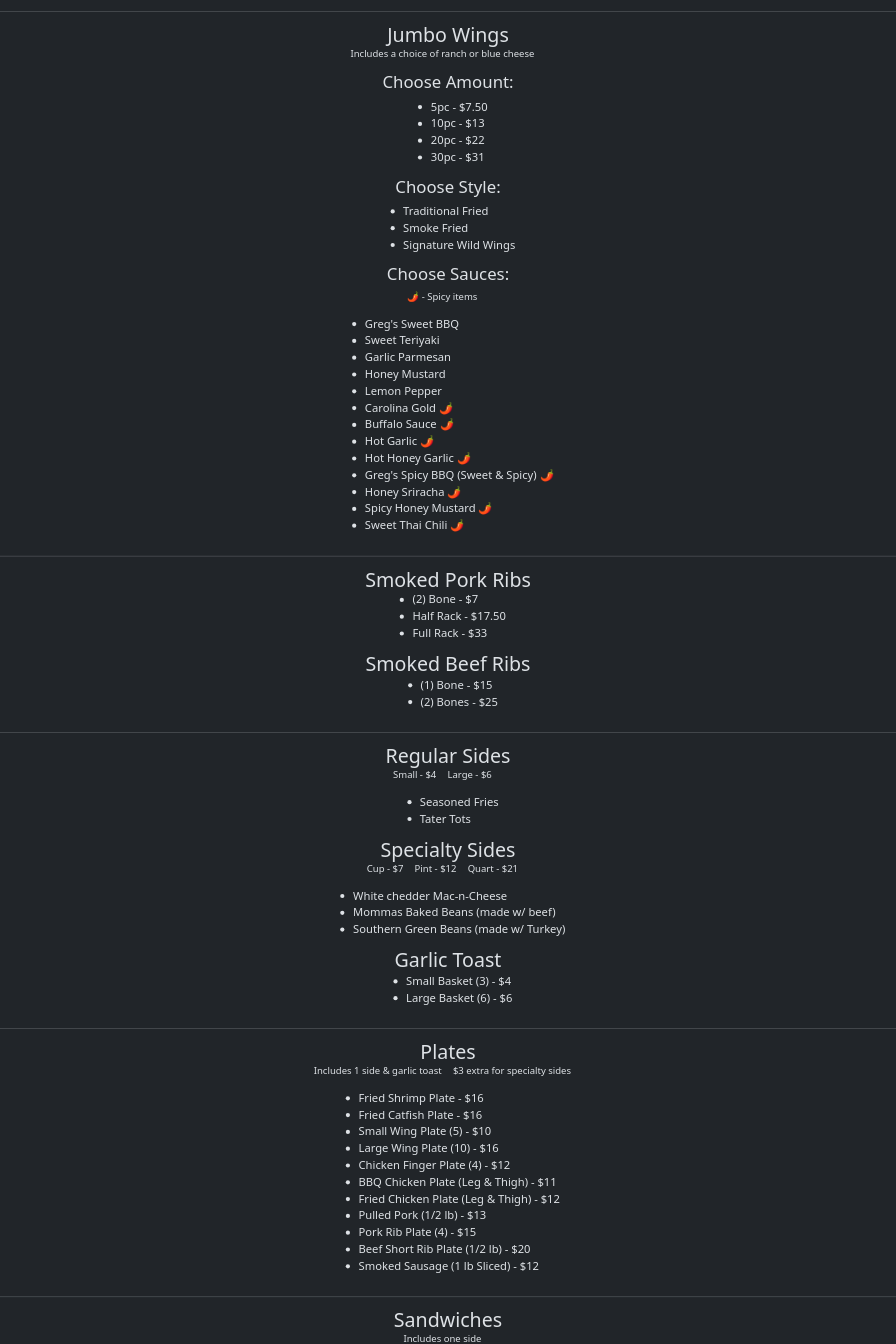
Repository: dukedward/smokehousemenu
Page: plates/index.html
An editor plug-in stored every save of this project. The page is shown before and after the next save, followed by the edit.
The browser window is 1280 px wide. The pictures show the part of the page from y = 0 to 1920 px (the page is 2568 px tall), at 70% of full size.
Some web libraries are served in a nearby version.

Above is the page before, as saved 2023-03-06 12:06:19.

### plates/index.html
<!DOCTYPE html>
<html lang="en" data-bs-theme="dark">
<head>
    <meta charset="UTF-8">
    <meta http-equiv="X-UA-Compatible" content="IE=edge">
    <meta name="viewport" content="width=device-width, initial-scale=1.0">
    <link rel="stylesheet" href="https://cdnjs.cloudflare.com/ajax/libs/font-awesome/6.3.0/css/all.min.css" integrity="sha512-SzlrxWUlpfuzQ+pcUCosxcglQRNAq/DZjVsC0lE40xsADsfeQoEypE+enwcOiGjk/bSuGGKHEyjSoQ1zVisanQ==" crossorigin="anonymous" referrerpolicy="no-referrer" />
    <link href="https://cdn.jsdelivr.net/npm/bootstrap@5.3.0-alpha1/dist/css/bootstrap.min.css" rel="stylesheet" integrity="sha384-GLhlTQ8iRABdZLl6O3oVMWSktQOp6b7In1Zl3/Jr59b6EGGoI1aFkw7cmDA6j6gD" crossorigin="anonymous">
    <link rel="stylesheet" href="../style.css" />
    <link rel="shortcut icon" href="../images/favicon.ico" type="image/x-icon">
    <title>Small Plates</title>
</head>
<body>
    <div class="title">
        <a href="/">
            <i class="fa-solid fa-house mt-2 mb-2"></i>
        </a>
        <h1>Small Plates</h1>
        <h4>Monday-Sunday</h4>
        <p>(Place orders between 10am-5pm)</p>
    </div>
    <hr>
    <div class="sections">
        <div class="sect">
            <h3>Jumbo Wings</h3>
            <div class="desc">
                <p>Includes a choice of ranch or blue cheese</p>
            </div>
            <div class="sub-sect">
                <h4>Choose Amount:</h4>
                <ul>
                    <li>5pc - $7.50</li>
                    <li>10pc - $13</li>
                    <li>20pc - $22</li>
                    <li>30pc - $31</li>
                </ul>
            </div>
            <div class="sub-sect">
                <h4>Choose Style:</h4>
                <ul>
                    <li>Traditional Fried</li>
                    <li>Smoke Fried</li>
                    <li>Signature Wild Wings</li>
                </ul>
            </div>
            <div class="sub-sect">
                <h4>Choose Sauces:</h4>
                <div class="desc">
                    <p>🌶️ - Spicy items</p>
                </div>
                <ul>
                    <li>Greg's Sweet BBQ</li>
                    <li>Sweet Teriyaki</li>
                    <li>Garlic Parmesan</li>
                    <li>Honey Mustard</li>
                    <li>Lemon Pepper</li>
                    <li>Carolina Gold 🌶️</li>
                    <li>Buffalo Sauce 🌶️</li>
                    <li>Hot Garlic 🌶️</li>
                    <li>Hot Honey Garlic 🌶️</li>
                    <li>Greg's Spicy BBQ (Sweet & Spicy) 🌶️</li>
                    <li>Honey Sriracha 🌶️</li>
                    <li>Spicy Honey Mustard 🌶️</li>
                    <li>Sweet Thai Chili 🌶️</li>
                </ul>
            </div>
        </div>
        <hr>
        <div class="sect">
            <h3>Smoked Pork Ribs</h3>
            <ul>
                <li>(2) Bone - $7</li>
                <li>Half Rack - $17.50</li>
                <li>Full Rack - $33</li>
            </ul>
            <h3>Smoked Beef Ribs</h3>
            <ul>
                <li>(1) Bone - $15</li>
                <li>(2) Bones - $25</li>
            </ul>
        </div>
        <hr>
        <div class="sect">
            <h3>Regular Sides</h3>
            <div class="desc">
                <p>Small - $4</p>
                <p>Large - $6</p>
            </div>
            <ul>
                <li>Seasoned Fries</li>
                <li>Tater Tots</li>
            </ul>
            <h3>Specialty Sides</h3>
            <div class="desc">
                <p>Cup - $7</p>
                <p>Pint - $12</p>
                <p>Quart - $21</p>
            </div>
            <ul>
                <li>White chedder Mac-n-Cheese</li>
                <li>Mommas Baked Beans (made w/ beef)</li>
                <li>Southern Green Beans (made w/ Turkey)</li>
            </ul>
            <h3>Garlic Toast</h3>
            <ul>
                <li>Small Basket (3) - $4</li>
                <li>Large Basket (6) - $6</li>
            </ul>
        </div>
        <hr>
        <div class="sect">
            <h3>Plates</h3>
            <div class="desc">
                <p>Includes 1 side & garlic toast</p>
                <p>$3 extra for specialty sides</p>
            </div>
            <ul>
                <li>Fried Shrimp Plate - $16</li>
                <li>Fried Catfish Plate - $16</li>
                <li>Small Wing Plate (5) - $10</li>
                <li>Large Wing Plate (10) - $16</li>
                <li>Chicken Finger Plate (4) - $12</li>
                <li>BBQ Chicken Plate (Leg & Thigh) - $11</li>
                <li>Fried Chicken Plate (Leg & Thigh) - $12</li>
                <li>Pulled Pork (1/2 lb) - $13</li>
                <li>Pork Rib Plate (4) - $15</li>
                <li>Beef Short Rib Plate (1/2 lb) - $20</li>
                <li>Smoked Sausage (1 lb Sliced) - $12</li>
            </ul>
        </div>
        <hr>
        <div class="sect">
            <h3>Sandwiches</h3>
            <div class="desc">
                <p>Includes one side</p>
            </div>
            <ul>
                <li>Chicken Sandwich - $13</li>
                <li>Short Rib Sandwich - $18</li>
                <li>Sausage & Peppers Pork - $15</li>
                <li>Cheese Burger - $11</li>
            </ul>
            <h3>Sliders</h3>
            <div class="desc">
                <p>Includes one side and sauce of choice</p>
            </div>
            <ul>
                <li>Chicken Sliders - $12</li>
                <li>Pulled Pork Sliders - $14</li>
                <li>Beef Short Rib Sliders - $16</li>
                <li>Mix-n-Match Sliders - $15</li>
            </ul>
        </div>
        <hr>
        <div class="sect">
            <h3>Add Ons</h3>
            <ul>
                <li>Side Shrimp (1/4 lb) - $7</li>
                <li>Catfish (1) - $7</li>
                <li>Chicken Finger (1) - $3</li>
                <li>Pork Sausage (1) - $7</li>
            </ul>
        </div>
    </div>
    <script src="https://cdn.jsdelivr.net/npm/bootstrap@5.3.0-alpha1/dist/js/bootstrap.bundle.min.js" integrity="sha384-w76AqPfDkMBDXo30jS1Sgez6pr3x5MlQ1ZAGC+nuZB+EYdgRZgiwxhTBTkF7CXvN" crossorigin="anonymous"></script>
    <script src="../script.js"></script>
</body>
</html>

### style.css
.container {
    height: 100vh;
}

.title {
	display: flex;
	flex-direction: column;
	justify-content: center;
	align-items: center;
}

.sections {
	display: grid;
}

.sect, .sub-sect {
	display: flex;
	flex-direction: column;
	justify-content: left;
	align-items: center;
}

.sect h2,h3 {
    margin-bottom: 0;
}

.desc {
    display: flex;
    flex-direction: row;
    justify-content: space-between;
}

.desc p,.title p {
    padding-right: 1rem;
    font-size: .85rem;
}

### script.js
// Collecting DOM Elements
const title = document.querySelector('.title');
const sections = document.querySelector('.sections');
// const x = document.querySelector('');
// const x = document.querySelector('');
// const x = document.querySelector('');
// const x = document.querySelector('');
// const x = document.querySelector('');
// const x = document.querySelector('');

// API Data
const categories = [
    {
        name: 'Jumbo Wings',
        description: [
            {
                text: 'Includes a choice of ranch or blue cheese',
            },
        ],
    },
];
const products = [
    {
        name: 'Greg\'s Spicy BBQ (Sweet & Spicy) 🌶️',
        image: '',
        price: 0,
        category: '640533ab345c72c36a197c35'
    },
];
const subCategories = [
    {
        name: 'Choose Sauces',
        description: [
            {
                text: '🌶️ - Spicy Items',
            },
        ],
        category: {
            _id: '640533ab345c72c36a197c35',
        },
    },
];

document.body.onload = addElement;

function addElement() {
    // create a new div element
    const newDiv = document.createElement("div");
    newDiv.className = 'sect'

    // and give it some content
    const lineBreak = document.createElement("hr")

    const newTitle = document.createElement("h3");
    newTitle.innerHTML = categories[0].name

    const newDesc = document.createElement("div");
    newDesc.className = 'desc'
    const newText = document.createElement('p')
    newText.innerHTML = categories[0].description[0].text
    newDesc.appendChild(newText)

    // add the text node to the newly created div
    newDiv.appendChild(lineBreak)
    newDiv.appendChild(newTitle);
    newDiv.appendChild(newDesc);

    // add the newly created element and its content into the DOM
    const currentDiv = document.querySelector(".sections");
    document.body.insertAdjacentElement("afterend" ,title)
}

After the next save:
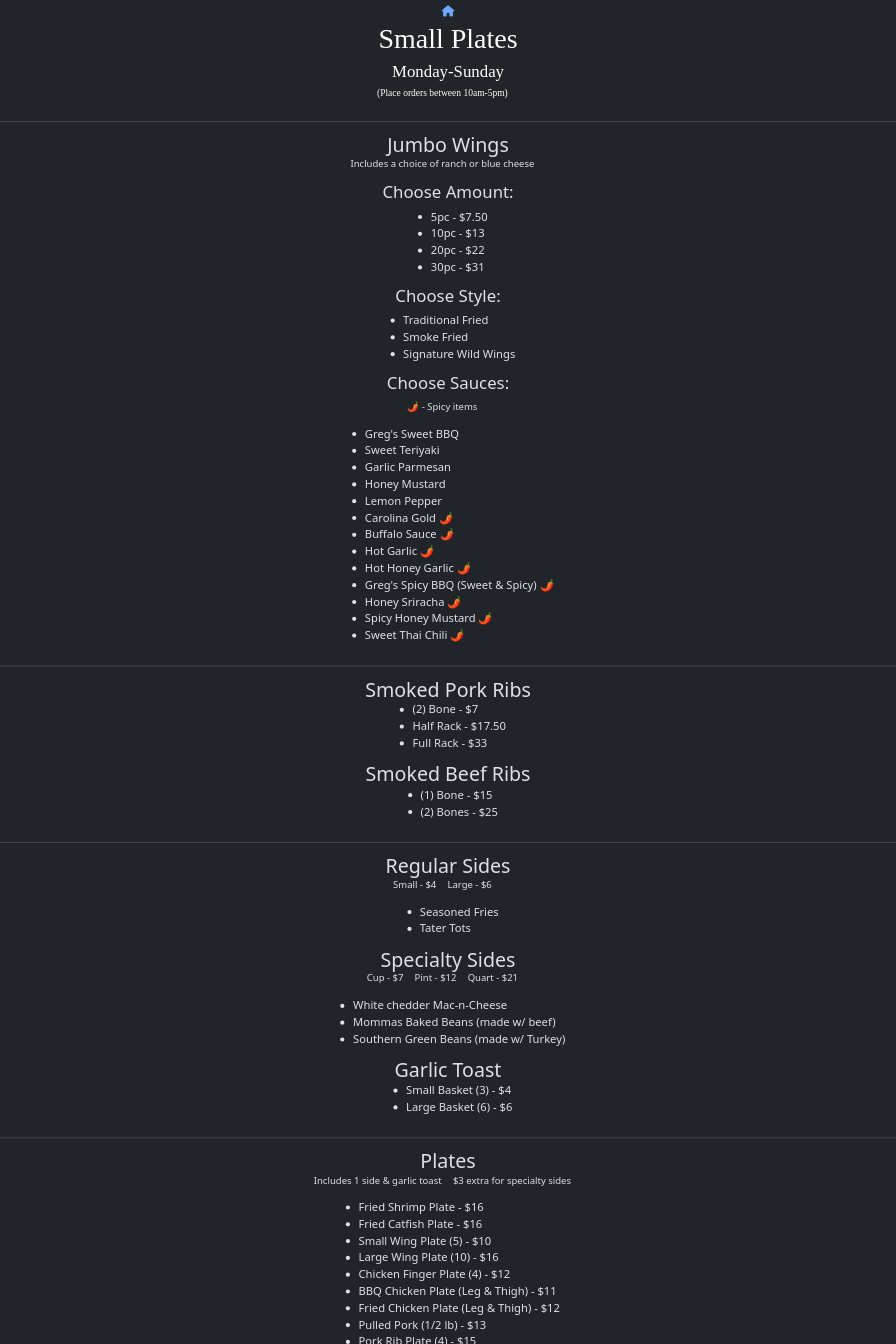
Saved 51 s later.
--- a/script.js
+++ b/script.js
@@ -67,5 +67,5 @@ function addElement() {
 
     // add the newly created element and its content into the DOM
     const currentDiv = document.querySelector(".sections");
-    document.body.insertAdjacentElement("afterend" ,title)
+    document.body.insertAdjacentElement("beforebegin" ,title)
 }
